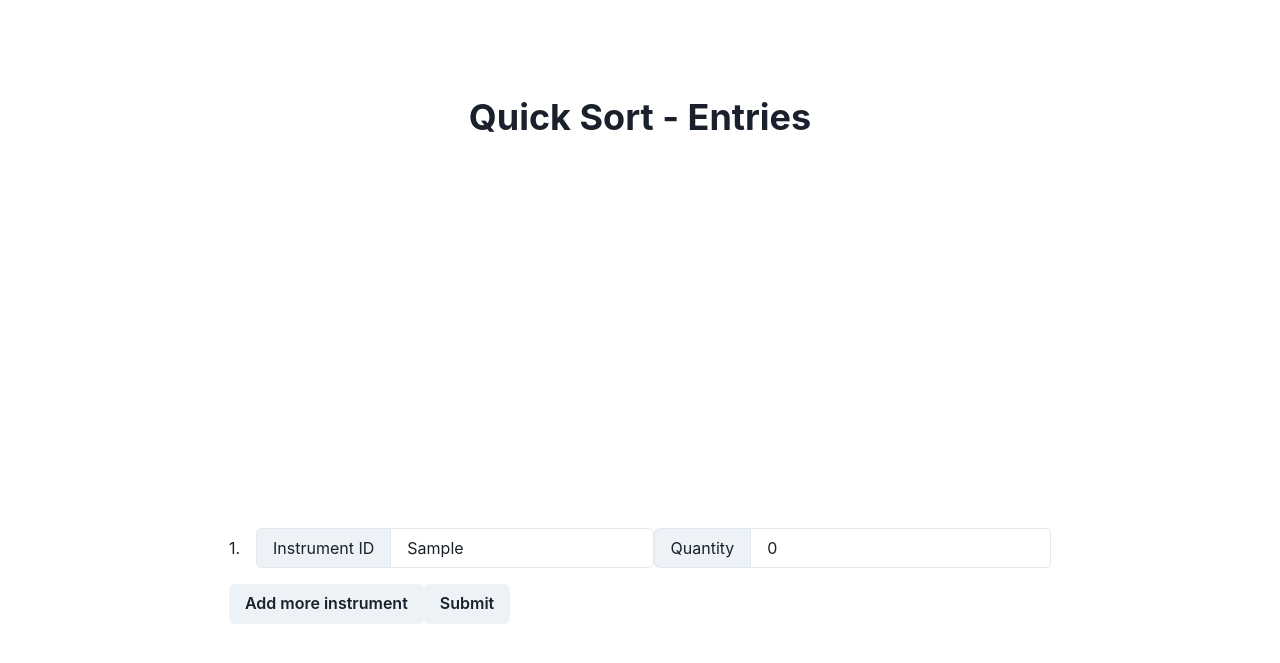
Repository: rohit-jindal18/stock-trailer
Page: /home
An editor plug-in stored every save of this project. The page is shown before and after the next save, followed by the edit.
The browser window is 1280 px wide. The pictures show the whole page.
The project was rebuilt for these pictures with package versions that can differ from the ones it lists, and the page was loaded fresh each time. The framework's server and built-in components were replaced by stand-ins that run in the browser. Also part of the build but not shown: next.config.js.

Above is the page before, as saved 2023-03-14 15:03:49.

### src/pages/_app.tsx
import '@stock-trailer/styles/globals.css'
import { ChakraProvider } from '@chakra-ui/react'
import type { AppProps } from 'next/app'

export default function App({ Component, pageProps }: AppProps) {
  return (
    <ChakraProvider>
      <Component {...pageProps} />
    </ChakraProvider>
  )
}

### src/pages/home.tsx
import { Box, Button, Heading, Input, InputGroup, InputLeftAddon, Text } from '@chakra-ui/react'
import styles from '@stock-trailer/styles/Home.module.css'
import { IInstrumentInfo } from '@stock-trailer/types'
import { Inter } from 'next/font/google'
import Head from 'next/head'
import { useState } from 'react'

const inter = Inter({ subsets: ['latin'] })

export default function Authorize() {
  const [instruments, setInstruments] = useState<IInstrumentInfo[]>([{
    id: 'Sample',
    qty: 0
  }]);
  return (
    <>
      <Head>
        <title>Stock - Trailer</title>
        <meta name="description" content="Generated by create next app" />
        <meta name="viewport" content="width=device-width, initial-scale=1" />
        <link rel="icon" href="/favicon.ico" />
      </Head>
      <main className={styles.main}>
        <div className={styles.description}>
          <Heading>Quick Sort - Entries</Heading>
        </div>
        <Box>
          {
            instruments.map((instrument, index) => {
              return (
                <Box display={'flex'} alignItems='center' key={`qs-${index}`} >
                  <Text mr={'16px'}>{index + 1}.</Text>
                  <InputGroup>
                    <InputLeftAddon children='Instrument ID' />
                    <Input placeholder='Enter' title='Instrument Id' display={'Instrument Id'} value={instrument.id} onChange={(event) => {
                      const newInstruments = [
                        ...instruments
                      ]
                      newInstruments[index].id = event.target.value
                      setInstruments(newInstruments);
                    }} />
                  </InputGroup>
                  <InputGroup>
                    <InputLeftAddon children='Quantity' />
                    <Input placeholder='Enter' value={instrument.qty} onChange={(event) => {
                      const newInstruments = [
                        ...instruments
                      ]
                      newInstruments[index].qty = +event.target.value
                      setInstruments(newInstruments);
                    }} />
                  </InputGroup>
                </Box>
              );
            })
          }
          <Box>
            <Button variant={'solid'} mt={'16px'}>Add more instrument</Button>
            <Button variant={'solid'} mt={'16px'}>Submit</Button>
          </Box>
        </Box>
      </main>
    </>
  )
}

### src/styles/Home.module.css
.main {
  display: flex;
  flex-direction: column;
  justify-content: space-between;
  align-items: center;
  padding: 6rem;
  min-height: 100vh;
}

.description {
  display: flex;
  justify-content: center;
  align-items: center;
  height: 100%;
  font-size: 0.85rem;
  max-width: var(--max-width);
  width: 100%;
  z-index: 2;
  font-family: var(--font-mono);
}

.description a {
  display: flex;
  justify-content: center;
  align-items: center;
  gap: 0.5rem;
}

.description p {
  position: relative;
  margin: 0;
  padding: 1rem;
  background-color: rgba(var(--callout-rgb), 0.5);
  border: 1px solid rgba(var(--callout-border-rgb), 0.3);
  border-radius: var(--border-radius);
}

.code {
  font-weight: 700;
  font-family: var(--font-mono);
}

.grid {
  display: grid;
  grid-template-columns: repeat(4, minmax(25%, auto));
  width: var(--max-width);
  max-width: 100%;
}

.card {
  padding: 1rem 1.2rem;
  border-radius: var(--border-radius);
  background: rgba(var(--card-rgb), 0);
  border: 1px solid rgba(var(--card-border-rgb), 0);
  transition: background 200ms, border 200ms;
}

.card span {
  display: inline-block;
  transition: transform 200ms;
}

.card h2 {
  font-weight: 600;
  margin-bottom: 0.7rem;
}

.card p {
  margin: 0;
  opacity: 0.6;
  font-size: 0.9rem;
  line-height: 1.5;
  max-width: 30ch;
}

.center {
  display: flex;
  justify-content: center;
  align-items: center;
  position: relative;
  padding: 4rem 0;
}

.center::before {
  background: var(--secondary-glow);
  border-radius: 50%;
  width: 480px;
  height: 360px;
  margin-left: -400px;
}

.center::after {
  background: var(--primary-glow);
  width: 240px;
  height: 180px;
  z-index: -1;
}

.center::before,
.center::after {
  content: '';
  left: 50%;
  position: absolute;
  filter: blur(45px);
  transform: translateZ(0);
}

.logo,
.thirteen {
  position: relative;
}

.thirteen {
  display: flex;
  justify-content: center;
  align-items: center;
  width: 75px;
  height: 75px;
  padding: 25px 10px;
  margin-left: 16px;
  transform: translateZ(0);
  border-radius: var(--border-radius);
  overflow: hidden;
  box-shadow: 0px 2px 8px -1px #0000001a;
}

.thirteen::before,
.thirteen::after {
  content: '';
  position: absolute;
  z-index: -1;
}

/* Conic Gradient Animation */
.thirteen::before {
  animation: 6s rotate linear infinite;
  width: 200%;
  height: 200%;
  background: var(--tile-border);
}

/* Inner Square */
.thirteen::after {
  inset: 0;
  padding: 1px;
  border-radius: var(--border-radius);
  background: linear-gradient(
    to bottom right,
    rgba(var(--tile-start-rgb), 1),
    rgba(var(--tile-end-rgb), 1)
  );
  background-clip: content-box;
}

/* Enable hover only on non-touch devices */
@media (hover: hover) and (pointer: fine) {
  .card:hover {
    background: rgba(var(--card-rgb), 0.1);
    border: 1px solid rgba(var(--card-border-rgb), 0.15);
  }

  .card:hover span {
    transform: translateX(4px);
  }
}

@media (prefers-reduced-motion) {
  .thirteen::before {
    animation: none;
  }

  .card:hover span {
    transform: none;
  }
}

/* Mobile */
@media (max-width: 700px) {
  .content {
    padding: 4rem;
  }

  .grid {
    grid-template-columns: 1fr;
    margin-bottom: 120px;
    max-width: 320px;
    text-align: center;
  }

  .card {
    padding: 1rem 2.5rem;
  }

  .card h2 {
    margin-bottom: 0.5rem;
  }

  .center {
    padding: 8rem 0 6rem;
  }

  .center::before {
    transform: none;
    height: 300px;
  }

  .description {
    font-size: 0.8rem;
  }

  .description a {
    padding: 1rem;
  }

  .description p,
  .description div {
    display: flex;
    justify-content: center;
    position: fixed;
    width: 100%;
  }

  .description p {
    align-items: center;
    inset: 0 0 auto;
    padding: 2rem 1rem 1.4rem;
    border-radius: 0;
    border: none;
    border-bottom: 1px solid rgba(var(--callout-border-rgb), 0.25);
    background: linear-gradient(
      to bottom,
      rgba(var(--background-start-rgb), 1),
      rgba(var(--callout-rgb), 0.5)
    );
    background-clip: padding-box;
    backdrop-filter: blur(24px);
  }

  .description div {
    align-items: flex-end;
    pointer-events: none;
    inset: auto 0 0;
    padding: 2rem;
    height: 200px;
    background: linear-gradient(
      to bottom,
      transparent 0%,
      rgb(var(--background-end-rgb)) 40%
    );
    z-index: 1;
  }
}

/* Tablet and Smaller Desktop */
@media (min-width: 701px) and (max-width: 1120px) {
  .grid {
    grid-template-columns: repeat(2, 50%);
  }
}

@media (prefers-color-scheme: dark) {
  .vercelLogo {
    filter: invert(1);
  }

  .logo,
  .thirteen img {
    filter: invert(1) drop-shadow(0 0 0.3rem #ffffff70);
  }
}

@keyframes rotate {
  from {
    transform: rotate(360deg);
  }
  to {
    transform: rotate(0deg);
  }
}

Loaded but not shown: src/pages/_document.tsx (common file); src/styles/globals.css (common file)

After the next save:
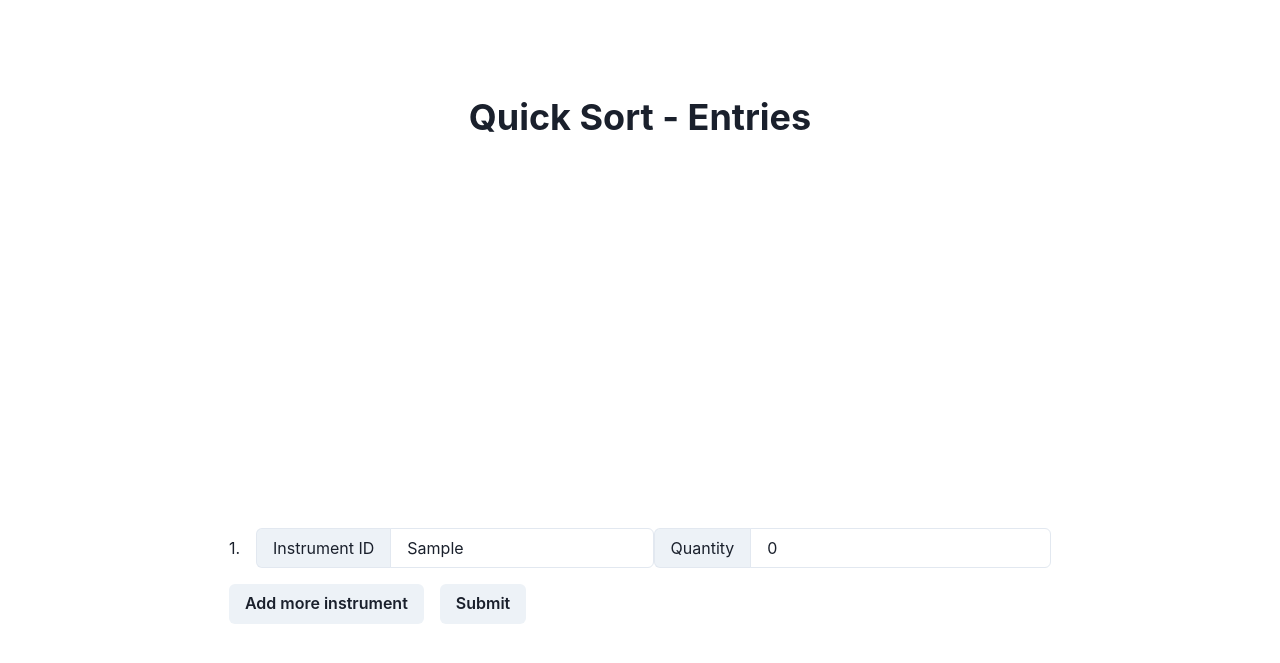
Saved 18 s later.
--- a/src/pages/home.tsx
+++ b/src/pages/home.tsx
@@ -55,7 +55,7 @@ export default function Authorize() {
             })
           }
           <Box>
-            <Button variant={'solid'} mt={'16px'}>Add more instrument</Button>
+            <Button mr={'16px'} variant={'solid'} mt={'16px'}>Add more instrument</Button>
             <Button variant={'solid'} mt={'16px'}>Submit</Button>
           </Box>
         </Box>
